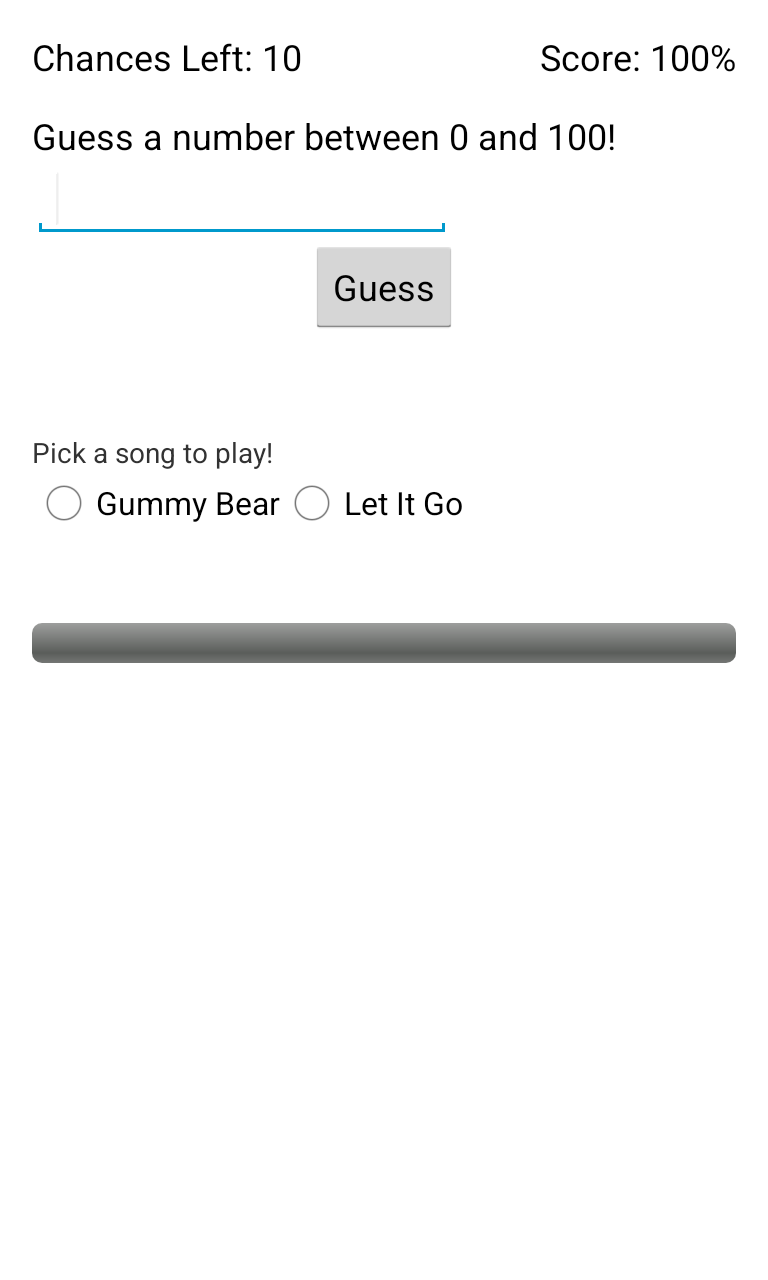
Repository: lethe13/AndroidProgramming
Layout: COMP304-Group1-MicroProject4/res/layout/activity_ggplay_music_progress_bar.xml
An editor plug-in stored every save of this project. The layout is shown before and after the next save, followed by the edit.
It is drawn on a 768 x 1280 px phone screen (xhdpi) without system bars, with theme AppTheme; the app's code is not run.

Above is the layout before, as saved 2015-11-04 02:24:40.

After the next save:
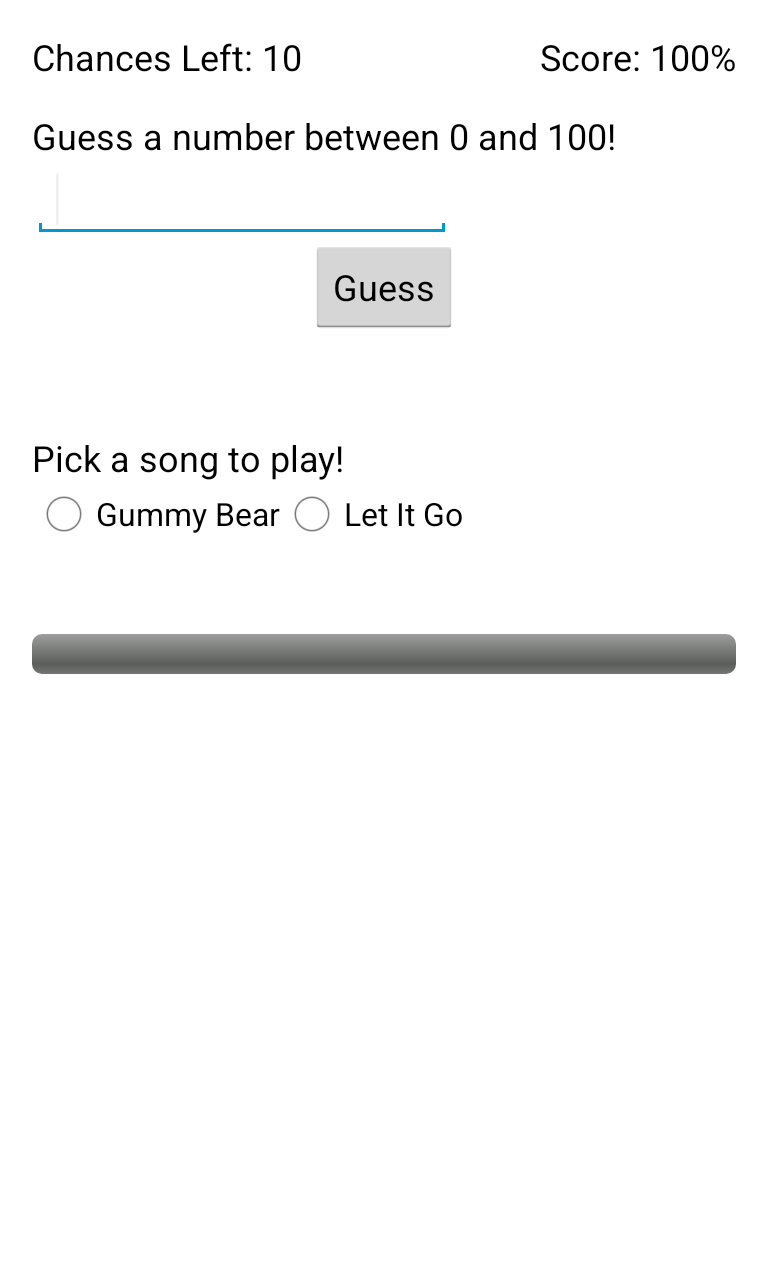
Saved 109 s later.
--- a/COMP304-Group1-MicroProject4/res/layout/activity_ggplay_music_progress_bar.xml
+++ b/COMP304-Group1-MicroProject4/res/layout/activity_ggplay_music_progress_bar.xml
@@ -57,16 +57,15 @@
        android:layout_height="wrap_content"
        android:layout_marginTop="15dp"
        android:layout_below="@+id/btnGo"
-       android:text=""
-       android:textAppearance="?android:attr/textAppearanceSmall" />
-
+       android:text="" />
     <TextView
         android:id="@+id/lblPick"
         android:layout_width="wrap_content"
         android:layout_height="wrap_content"
         android:layout_marginTop="15dp"
         android:layout_below="@+id/lblMessage"
-        android:text="Pick a song to play!" />
+        android:text="Pick a song to play!"
+		android:textAppearance="?android:attr/textAppearanceMedium" />
 
     <RadioGroup
         android:id="@+id/radioGroup"
